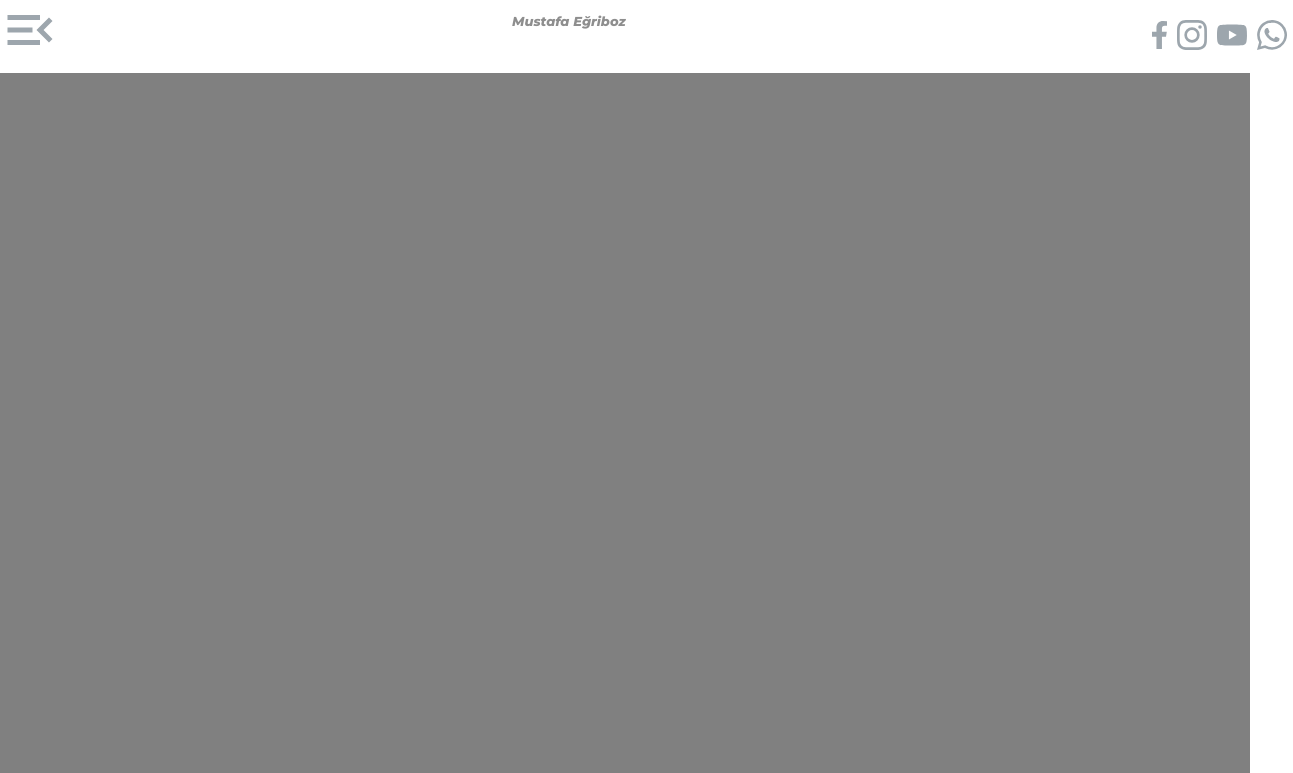
Repository: CengoCengo/m.e-gallery-web-site
Page: index.html
These files come from the project's save history. The page is drawn as it stood at one moment and after the next save; the edit follows.
The browser window is 1280 px wide. The page is 1287 px wide, then 1293 px, so the pictures cover 1293 px, including what lies to the right of the window. The pictures show the whole page.

Above is the page before, as saved 2021-02-06 15:25:57.
Console error: TypeError: Cannot read properties of null (reading 'style')

After the next save:
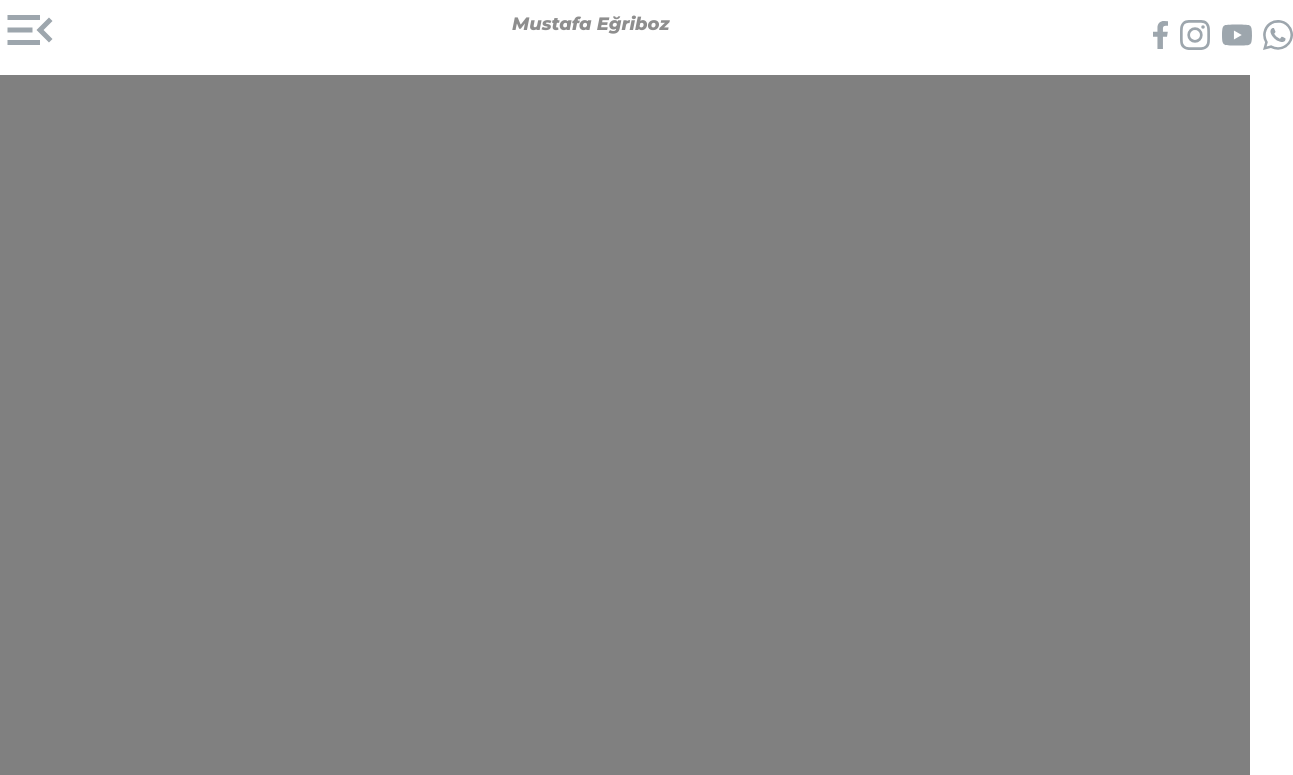
Saved 5 s later.
--- a/styles/style.css
+++ b/styles/style.css
@@ -3,7 +3,7 @@
     padding: 0;
     font-family:  'Montserrat', sans-serif;
     font-weight:100;
-    font-size: small;
+    font-size: large;
 
 
 
